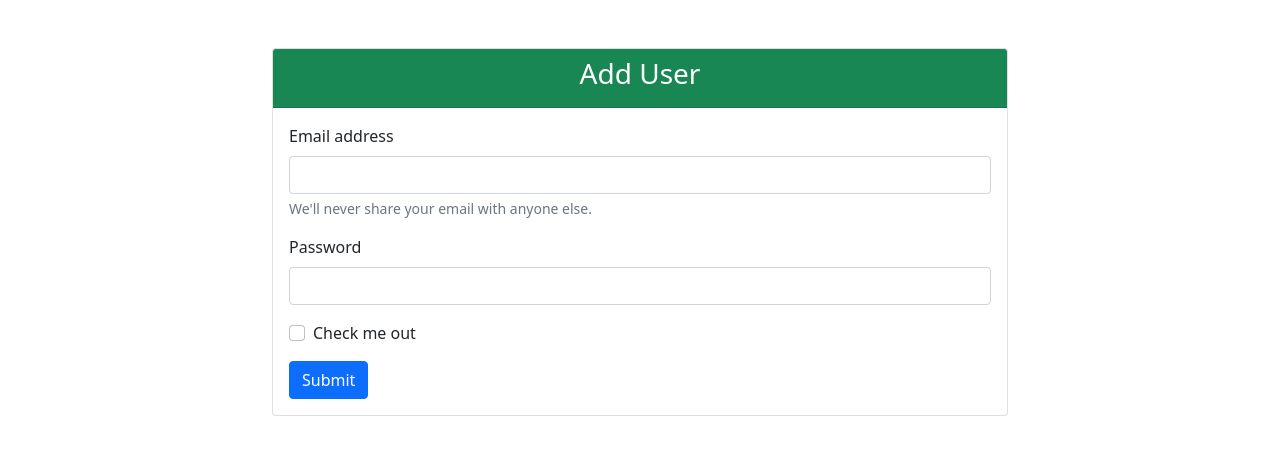
Repository: raypritam49000/SpringFrameworkProjects
Page: http://localhost/SpringMvcHibernateTemplateDemo/WEB-INF/views/addUser.jsp
The author's editor kept a copy of each file at every save. The page is drawn from the files as they stood at one save, then again after the next save.
The browser window is 1280 px wide. The pictures show the whole page.
The page is served by Tomcat 9. Nobody is signed in. Other server files are loaded and not shown. The template is opened directly, without the code that normally fills it, so the values that code supplies are empty.

Above is the page before, as saved 2022-08-01 11:14:49.

### SpringMvcHibernateTemplateDemo/src/main/webapp/WEB-INF/views/addUser.jsp
<%@ page language="java" contentType="text/html; charset=ISO-8859-1"
	pageEncoding="ISO-8859-1"%>
<!DOCTYPE html>
<html>
<head>
<meta charset="ISO-8859-1">
<title>Add User</title>
<%@ include file="bootstrap.jsp"%>
</head>
<body>
	<div class="container mt-5">
		<div class="row">
			<div class="col-md-8 offset-md-2">
				<div class="card">
					<div class="card-header bg-success text-white">
						<h3 class="text-center">Add User</h3>
					</div>

					<div class="card-body">

						<form>
							<div class="mb-3">
								<label for="exampleInputEmail1" class="form-label">Email
									address</label> <input type="email" class="form-control"
									id="exampleInputEmail1" aria-describedby="emailHelp">
								<div id="emailHelp" class="form-text">We'll never share
									your email with anyone else.</div>
							</div>
							<div class="mb-3">
								<label for="exampleInputPassword1" class="form-label">Password</label>
								<input type="password" class="form-control"
									id="exampleInputPassword1">
							</div>
							<div class="mb-3 form-check">
								<input type="checkbox" class="form-check-input"
									id="exampleCheck1"> <label class="form-check-label"
									for="exampleCheck1">Check me out</label>
							</div>
							<button type="submit" class="btn btn-primary">Submit</button>
						</form>


					</div>
				</div>
			</div>
		</div>
	</div>
</body>
</html>

### SpringMvcHibernateTemplateDemo/src/main/webapp/WEB-INF/views/bootstrap.jsp
<link
	href="https://cdn.jsdelivr.net/npm/bootstrap@5.0.2/dist/css/bootstrap.min.css"
	rel="stylesheet"
	integrity="sha384-EVSTQN3/azprG1Anm3QDgpJLIm9Nao0Yz1ztcQTwFspd3yD65VohhpuuCOmLASjC"
	crossorigin="anonymous">

<link
	href="https://cdn.jsdelivr.net/npm/bootstrap@5.0.2/dist/css/bootstrap.min.css"
	rel="stylesheet"
	integrity="sha384-EVSTQN3/azprG1Anm3QDgpJLIm9Nao0Yz1ztcQTwFspd3yD65VohhpuuCOmLASjC"
	crossorigin="anonymous">

<script
	src="https://cdn.jsdelivr.net/npm/@popperjs/core@2.9.2/dist/umd/popper.min.js"
	integrity="sha384-IQsoLXl5PILFhosVNubq5LC7Qb9DXgDA9i+tQ8Zj3iwWAwPtgFTxbJ8NT4GN1R8p"
	crossorigin="anonymous"></script>
<script
	src="https://cdn.jsdelivr.net/npm/bootstrap@5.0.2/dist/js/bootstrap.min.js"
	integrity="sha384-cVKIPhGWiC2Al4u+LWgxfKTRIcfu0JTxR+EQDz/bgldoEyl4H0zUF0QKbrJ0EcQF"
	crossorigin="anonymous"></script>

After the next save:
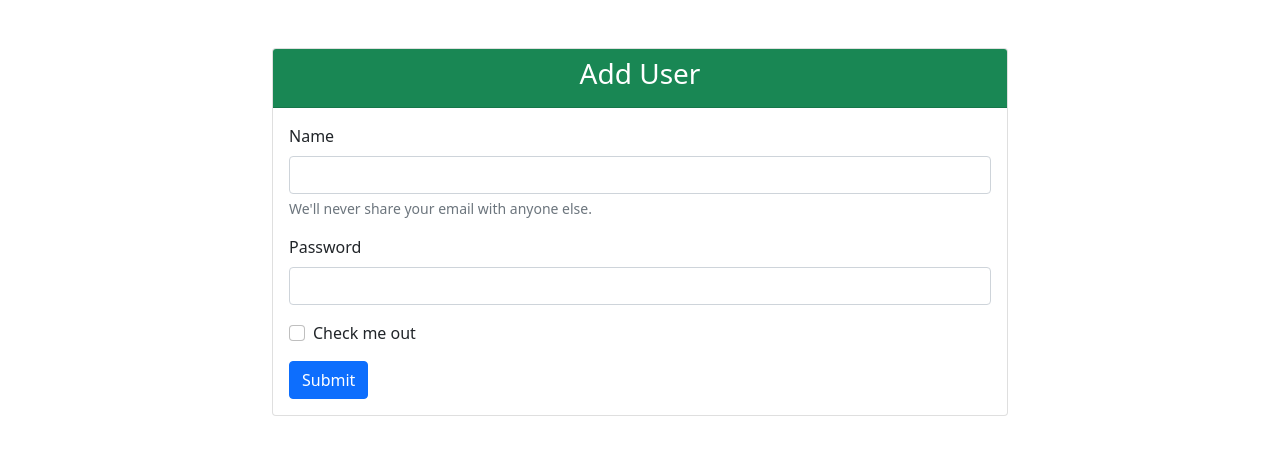
Saved 49 s later.
--- a/SpringMvcHibernateTemplateDemo/src/main/webapp/WEB-INF/views/addUser.jsp
+++ b/SpringMvcHibernateTemplateDemo/src/main/webapp/WEB-INF/views/addUser.jsp
@@ -19,23 +19,27 @@
 					<div class="card-body">
 
 						<form>
+
 							<div class="mb-3">
-								<label for="exampleInputEmail1" class="form-label">Email
-									address</label> <input type="email" class="form-control"
+								<label for="name" class="form-label">Name</label>
+								<input type="email" class="form-control"
 									id="exampleInputEmail1" aria-describedby="emailHelp">
 								<div id="emailHelp" class="form-text">We'll never share
 									your email with anyone else.</div>
 							</div>
+
 							<div class="mb-3">
 								<label for="exampleInputPassword1" class="form-label">Password</label>
 								<input type="password" class="form-control"
 									id="exampleInputPassword1">
 							</div>
+
 							<div class="mb-3 form-check">
 								<input type="checkbox" class="form-check-input"
 									id="exampleCheck1"> <label class="form-check-label"
 									for="exampleCheck1">Check me out</label>
 							</div>
+
 							<button type="submit" class="btn btn-primary">Submit</button>
 						</form>
 
